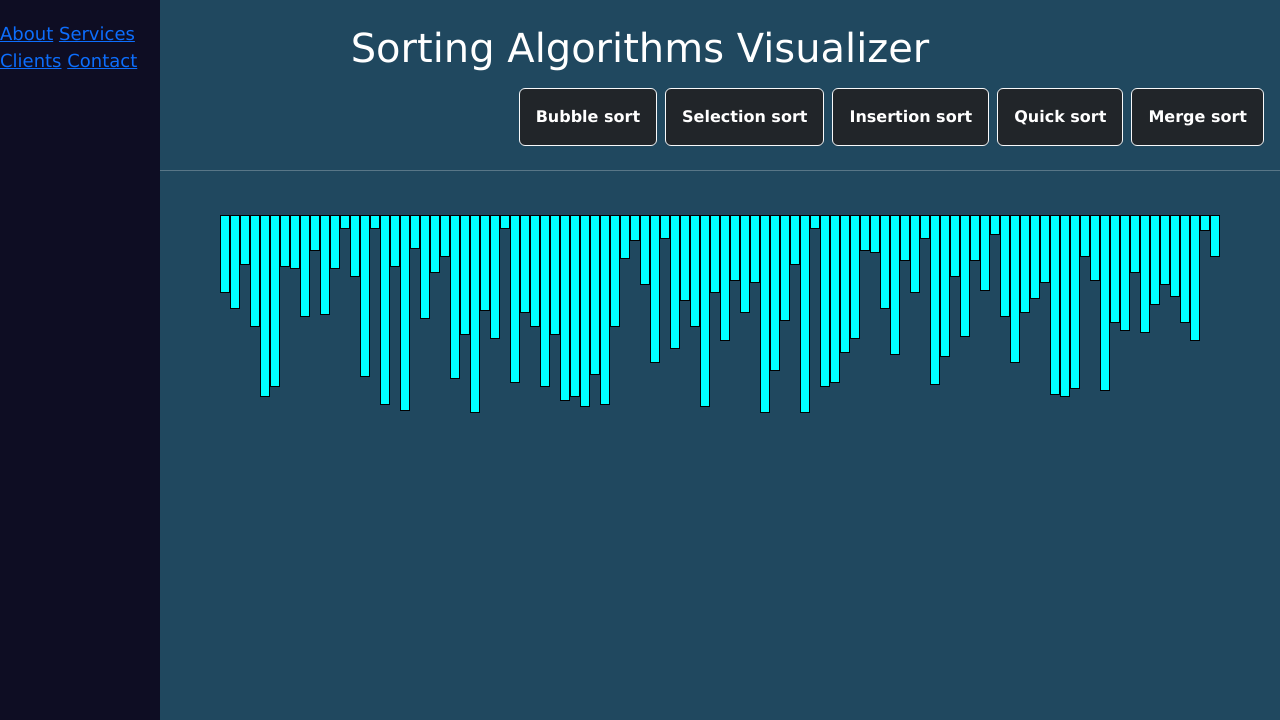
Repository: Vasil1001/Sorting-Algorithms-Visualizer-js
Page: views/index.html
These files come from the project's save history. The page is drawn as it stood at one moment and after a run of saves; the edit follows.
The browser window is 1280 px wide. The pictures show the whole page.

Above is the page before, as saved 2022-11-03 17:52:59.

After the next 2 saves:
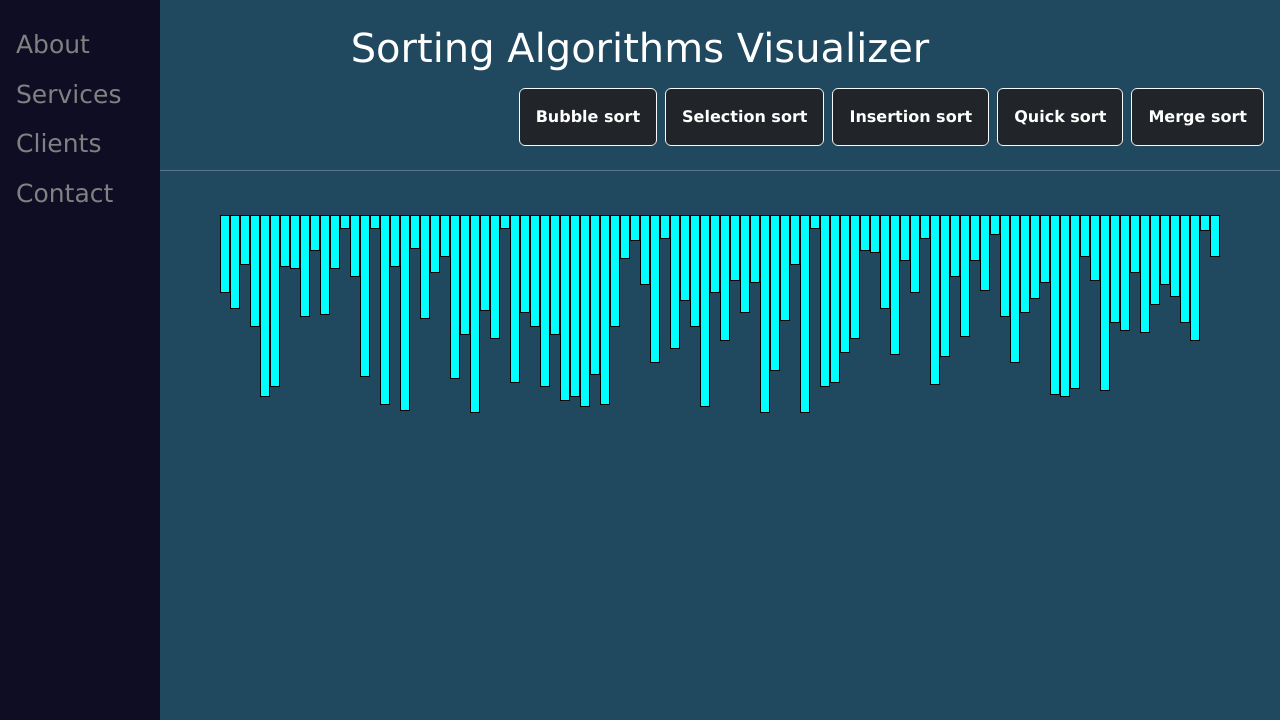
The 2 saves are shown as one change because they came seconds apart.
The last was saved 15 s later.
--- a/css/base.css
+++ b/css/base.css
@@ -32,6 +32,19 @@ body {
     overflow-x: hidden;
     padding-top: 20px;
   }
+
+  .sidenav a {
+    padding: 6px 8px 6px 16px;
+    text-decoration: none;
+    font-size: 25px;
+    color: #818181;
+    display: block;
+  }
+
+  .sidenav a:hover {
+    color: #f1f1f1;
+  }
+
   .main {
     margin-left: 160px; /* Same as the width of the sidenav */
     font-size: 28px; /* Increased text to enable scrolling */
